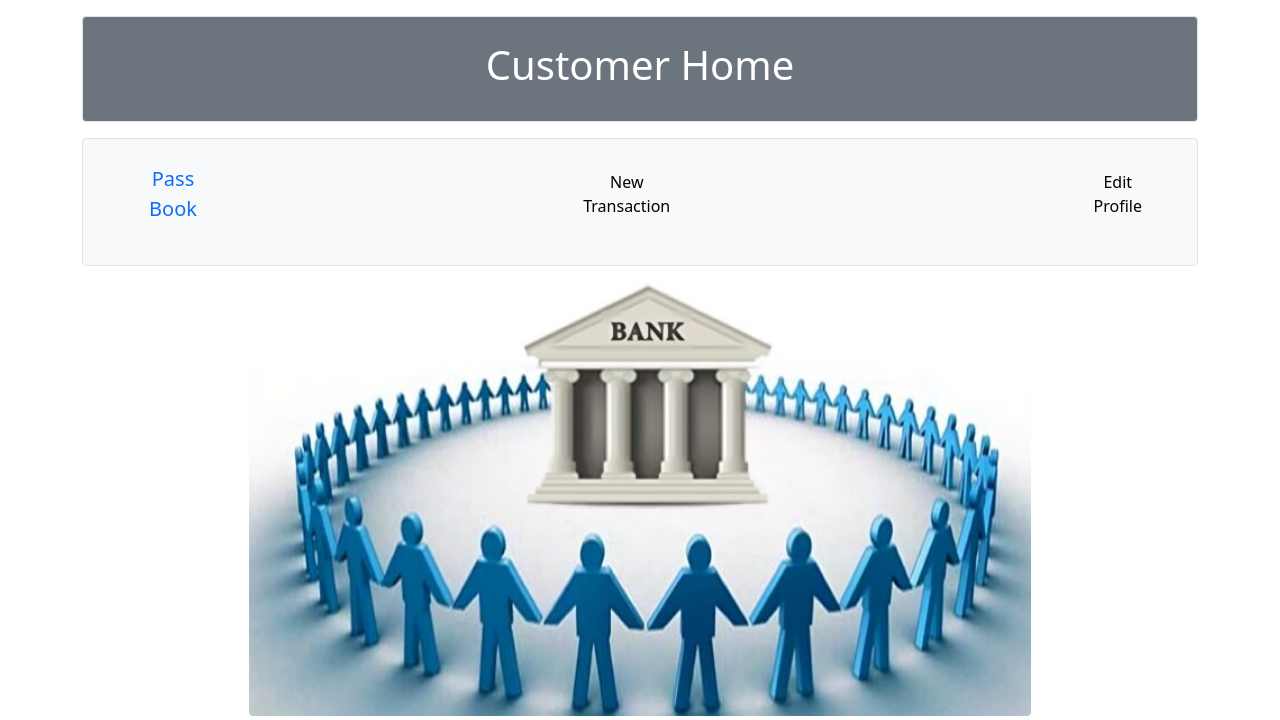
Repository: shivamaninalla/Bank-Application-JSP
Page: http://localhost/10-BankApplication/cust-home.jsp
The author's editor kept a copy of each file at every save. The page is drawn from the files as they stood at one save, then again after the next save.
The browser window is 1280 px wide. The pictures show the whole page.
The page is served by Tomcat 9.

Above is the page before, as saved 2024-07-20 18:38:54.

After the next save:
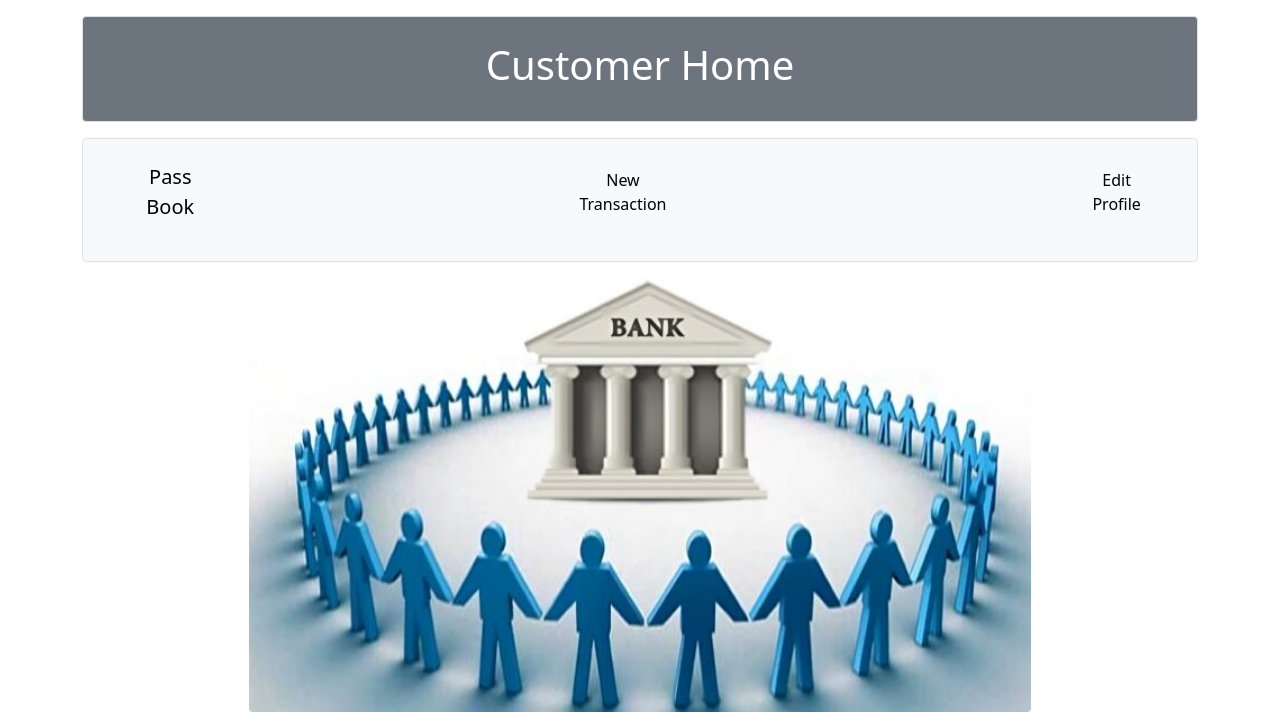
Saved 23 s later.
--- a/10-BankApplication/WebContent/cust-home.jsp
+++ b/10-BankApplication/WebContent/cust-home.jsp
@@ -28,7 +28,7 @@
             <form action="user" method="get">
                 <div class="d-flex justify-content-around">
 
-                    <button  type="submit" name="UserController" value="Pass Book" class="btn btn-light nav-link fs-5" style="margin-right: 20rem">Pass Book</button>
+                    <button  type="submit" name="UserController" value="Pass Book" class="btn btn-light  fs-5" style="margin-right: 20rem">Pass Book</button>
                     <button type="submit" name="UserController" value="New Transaction" class="btn btn-light" style="margin-right: 23rem">New Transaction</button>
                     <button type="submit" name="UserController" value="Edit Profile" class="btn btn-light">Edit Profile</button>
                 </div>
